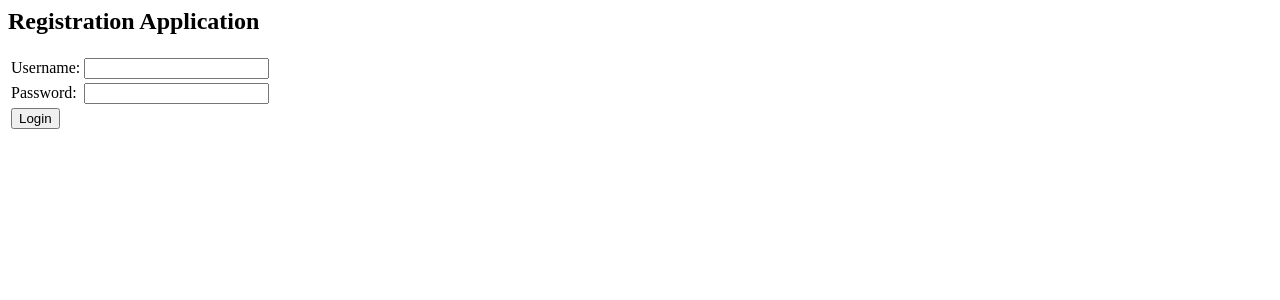
Repository: gabryz95/SoftwareEngineeringAssignment04GabrieleZorloni
Page: http://localhost/Struts2Login/registration.jsp
These files come from the project's save history. The page is drawn as it stood at one moment and after the next save; the edit follows.
The browser window is 1280 px wide. The pictures show the whole page.
The page is served by Tomcat 9.

Above is the page before, as saved 2020-10-16 13:16:38.

After the next save:
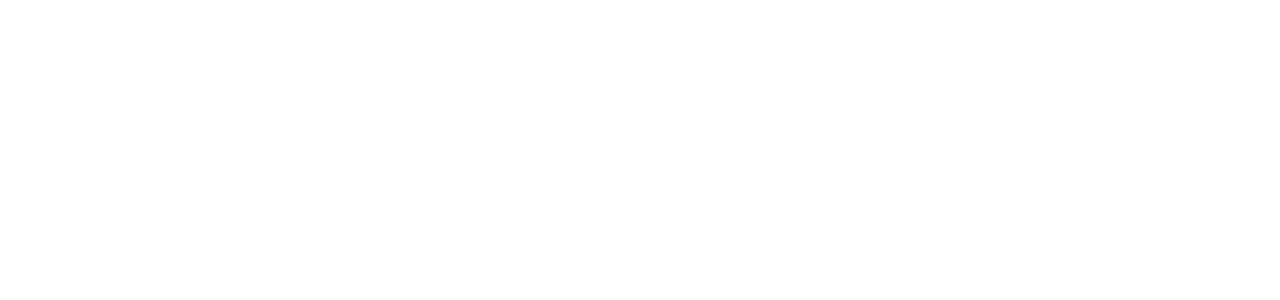
Saved 72 s later.
--- a/03-workspaceControllerApps/Struts2Login/WebContent/registration.jsp
+++ b/03-workspaceControllerApps/Struts2Login/WebContent/registration.jsp
@@ -9,13 +9,7 @@
 </head>
 <body>
 
-	<h2>Registration Application</h2>
 
-	<s:form action="login.action" method="post">
-		<s:textfield name="username" key="label.username" size="20" />
-		<s:password name="password" key="label.password" size="20" />
-		<s:submit method="execute" key="label.login" align="center" />
-	</s:form>
 
 </body>
 </html>

After the save that followed:
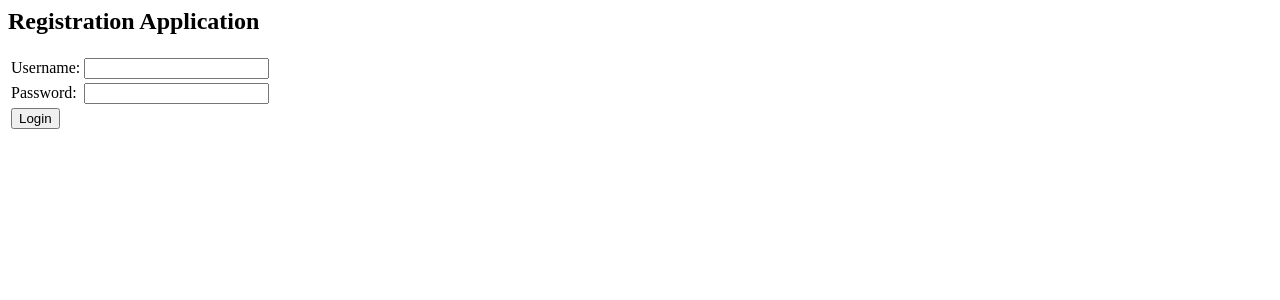
Saved 2 min 10 s later.
--- a/03-workspaceControllerApps/Struts2Login/WebContent/registration.jsp
+++ b/03-workspaceControllerApps/Struts2Login/WebContent/registration.jsp
@@ -9,7 +9,13 @@
 </head>
 <body>
 
+	<h2>Registration Application</h2>
 
+	<s:form action="login.action" method="post">
+		<s:textfield name="username" key="label.username" size="20" />
+		<s:password name="password" key="label.password" size="20" />
+		<s:submit method="execute" key="label.login" align="center" />
+	</s:form>
 
 </body>
 </html>
